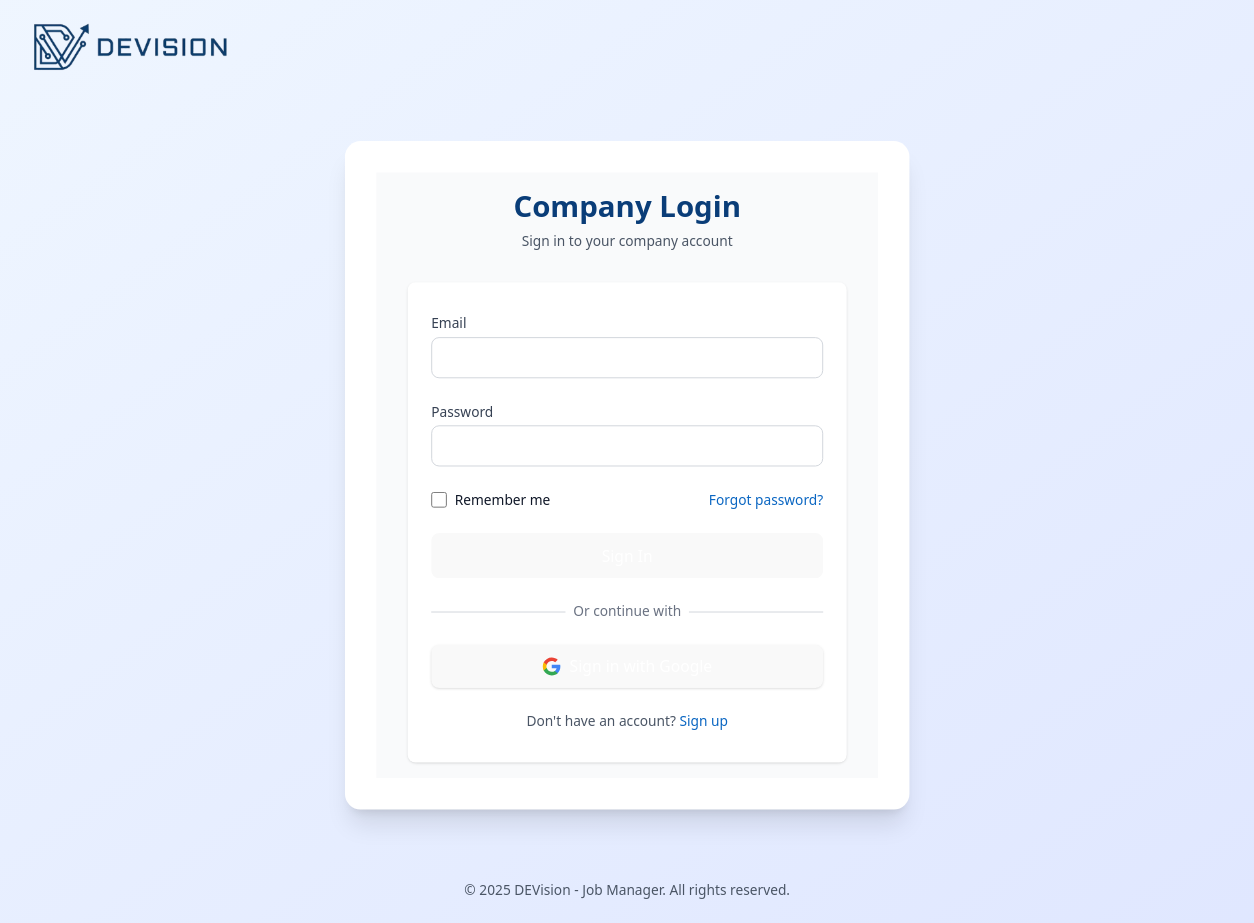
Repository: ISYS3461-2025C-Mulan-DEVision/JobManager_FE
Page: /login
These files come from the project's save history. The page is drawn as it stood at one moment and after the next save; the edit follows.
The browser window is 1280 px wide. The pictures show the whole page, at 98% of full size.
The project was rebuilt for these pictures with package versions that can differ from the ones it lists, and the page was loaded fresh each time. Also part of the build but not shown: vite.config.js, src/pages/Home.tsx, src/components/headless/Table/Table.tsx, src/components/headless/Modal/Modal.tsx, src/components/ui/Card/Card.tsx, src/components/ui/Spinner/Spinner.tsx, src/components/ui/Alert/Alert.tsx, src/components/feature/Authentication/CompanySignup/CompanySignupForm.tsx and 4 more.

Above is the page before, as saved 2025-12-12 14:49:33.

After the next save:
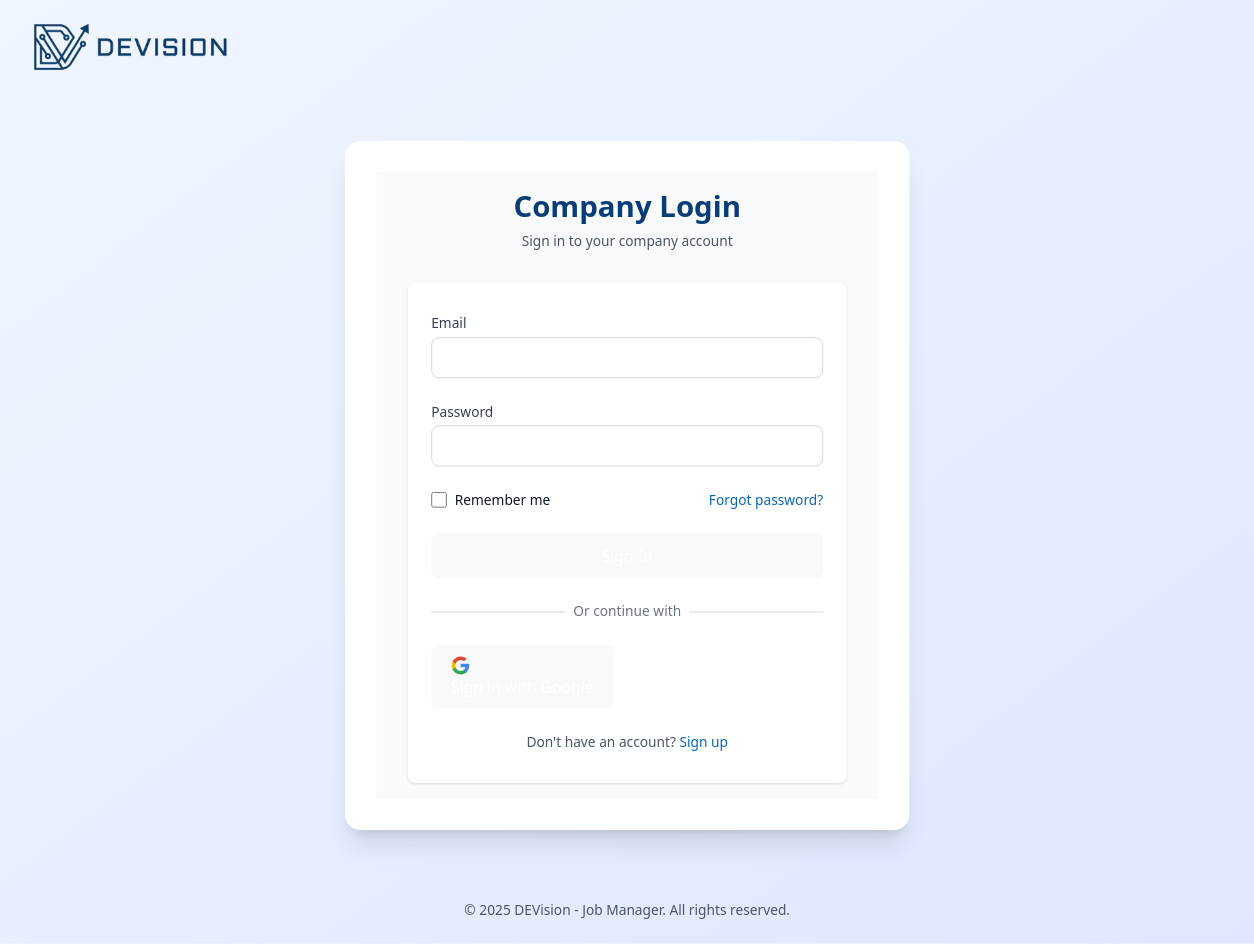
Saved 15 s later.
--- a/src/components/feature/Authentication/CompanyLogin/CompanyLoginForm.tsx
+++ b/src/components/feature/Authentication/CompanyLogin/CompanyLoginForm.tsx
@@ -130,7 +130,7 @@
                                 // TODO: Implement Google OAuth flow
                                 window.location.href = `${import.meta.env.VITE_API_URL || ''}/auth/google`;
                             }}
-                            className="w-full inline-flex justify-center items-center px-4 py-2 border border-gray-300 shadow-sm text-sm font-medium rounded-md text-white bg-white hover:bg-gray-50 focus:outline-none focus:ring-2 focus:ring-offset-2 focus:ring-blue-500 transition-colors"
+                        // className="w-full inline-flex justify-center items-center px-4 py-2 border border-gray-300 shadow-sm text-sm font-medium rounded-md text-white bg-white hover:bg-gray-50 focus:outline-none focus:ring-2 focus:ring-offset-2 focus:ring-blue-500 transition-colors"
                         >
                             <GoogleLogo className="mr-2" />
                             Sign in with Google

After the save that followed:
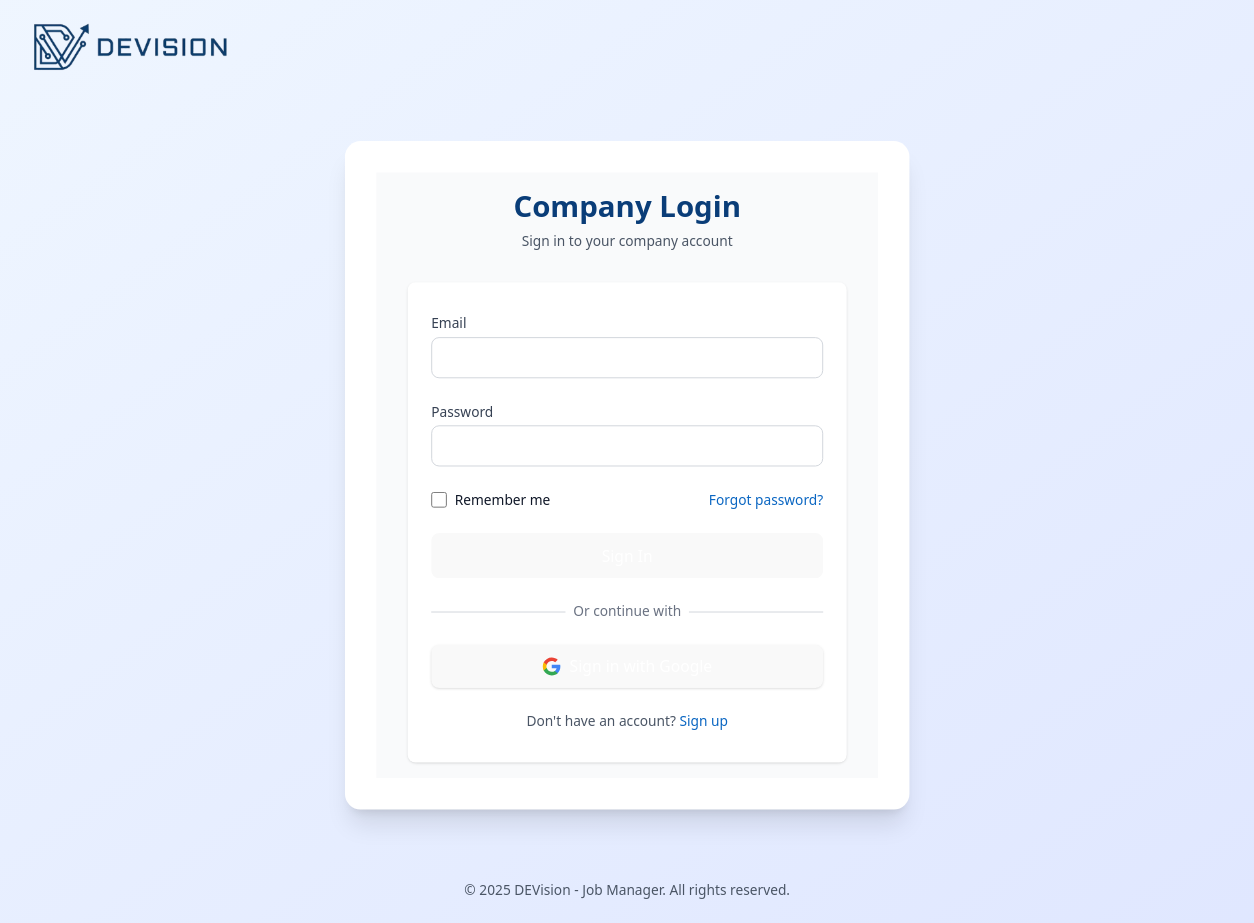
Saved 14 s later.
--- a/src/components/feature/Authentication/CompanyLogin/CompanyLoginForm.tsx
+++ b/src/components/feature/Authentication/CompanyLogin/CompanyLoginForm.tsx
@@ -130,7 +130,7 @@
                                 // TODO: Implement Google OAuth flow
                                 window.location.href = `${import.meta.env.VITE_API_URL || ''}/auth/google`;
                             }}
-                        // className="w-full inline-flex justify-center items-center px-4 py-2 border border-gray-300 shadow-sm text-sm font-medium rounded-md text-white bg-white hover:bg-gray-50 focus:outline-none focus:ring-2 focus:ring-offset-2 focus:ring-blue-500 transition-colors"
+                            className="w-full inline-flex justify-center items-center px-4 py-2 border border-gray-300 shadow-sm text-sm font-medium rounded-md text-white bg-white hover:bg-gray-50 focus:outline-none focus:ring-2 focus:ring-offset-2 focus:ring-blue-500 transition-colors"
                         >
                             <GoogleLogo className="mr-2" />
                             Sign in with Google
